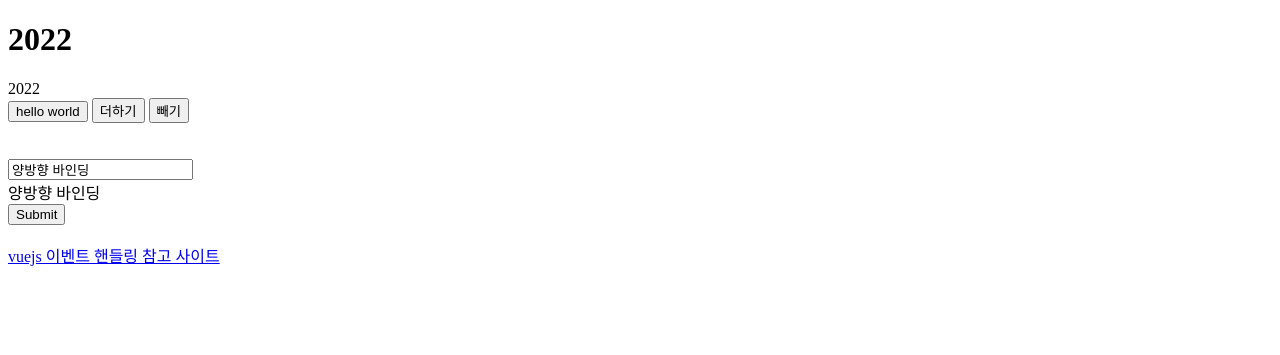
Repository: RyuGeunHwan/code_J
Page: Vuejs/22-08-09 vuejs 양방향 바인딩.html
The author's editor kept a copy of each file at every save. The page is drawn from the files as they stood at one save, then again after the next save.
The browser window is 1280 px wide. The pictures show the whole page.

Above is the page before, as saved 2022-08-09 15:55:35.

### Vuejs/22-08-09 vuejs 양방향 바인딩.html
<!DOCTYPE html>
<html lang="en">
<head>
    <meta charset="UTF-8">
    <meta http-equiv="X-UA-Compatible" content="IE=edge">
    <meta name="viewport" content="width=device-width, initial-scale=1.0">
    <title>vuejs 양방향 바인딩</title>
    <!-- vue CDN -->
    <script src="https://cdn.jsdelivr.net/npm/vue/dist/vue.js"></script>

</head>
<body>

    <!-- 이벤트 실행하기 위해서는 v-on: 을 사용한다. v-on: => @ 으로 대체 가능-->
    <!-- 바인딩을 하기 위해서는 v-bind: 를 사용한다. v-bind 생략후 :(colon만 사용가능) -->

    <div id="app">
        <h1>{{year}}</h1>
        {{year}} <br>
        <!-- alert이라는 함수 호출 -->
        <button v-on:click="alert()">hello world</button>

        <!-- plus이라는 함수 호출 -->
        <button v-on:click="plus()">더하기</button>

        <!-- minus이라는 함수 호출 -->
        <button v-on:click="minus()">빼기</button>
        <br>
        </br>
        <!-- from태그는 default: reload를 한다. -->
        <!-- .prevent  =>  이벤트 수식어로써 제출 이벤트가 페이지를 리로드하지 않습니다. -->
        <br v-on:submit.prevent="submit">


            <!-- <input :type="text" :value="text" @keyup="updateText"><br> -->
            <!-- :value="text" @keyup="updateText"   =====>>>   v-model="text" -->
            <input type="text" v-model="text" v-on:click="removeInputValue()"> </br>
            <!-- inputbox 미리보기 -->
            {{ text }} <br>


            <button type="submit">Submit</button>
        </form>
        <br>
        <br>
        <!-- vuejs함수 확인, a태그를 link+file을 합쳐줬다. -->
        <a :href="vuejs('events.html')">vuejs 이벤트 핸들링 참고 사이트</a>
    </div>


    <script>
        new Vue({
            el: '#app',
            data: {
                year: 2022,
                text:'양방향 바인딩',
                link: 'https://kr.vuejs.org/v2/guide/'
            },
            methods: {
                vuejs(file){
                    return this.link+file;
                },
                alert(){
                    alert('hello world!');
                },
                plus(){
                    this.year++;
                },
                minus(){
                    this.year--;
                },
                submit(){
                    alert('submited')
                    console.log('hello world');
                },
                // updateText(event){
                //     // inputbox 미리보기 함수
                //     // keyup이벤트의 Object를 event에 대입한 것.
                //     // console.log(event);
                //     this.text = event.target.value;
                // }
                removeInputValue(){
                    this.text="";
                }
            }
        })
    </script>
</body>
</html>

After the next save:
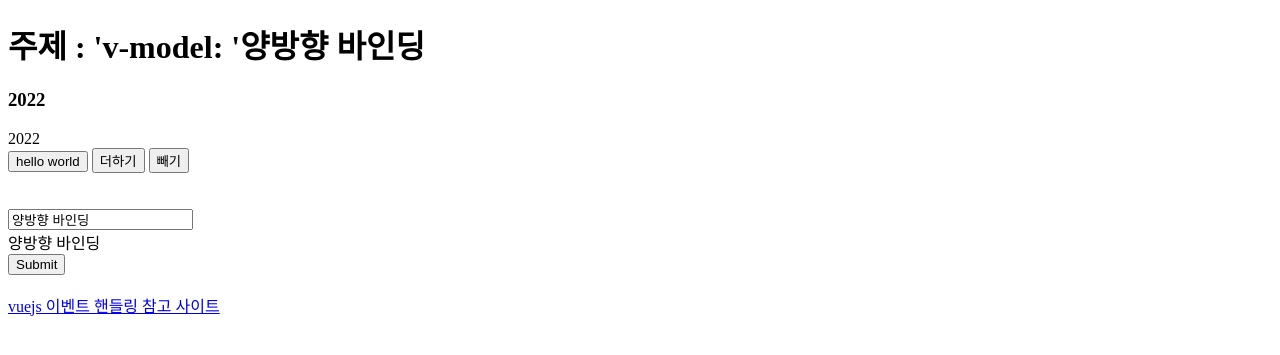
Saved 31 min 56 s later.
--- a/Vuejs/22-08-09 vuejs 양방향 바인딩.html
+++ b/Vuejs/22-08-09 vuejs 양방향 바인딩.html
@@ -7,7 +7,6 @@
     <title>vuejs 양방향 바인딩</title>
     <!-- vue CDN -->
     <script src="https://cdn.jsdelivr.net/npm/vue/dist/vue.js"></script>
-
 </head>
 <body>
 
@@ -15,7 +14,8 @@
     <!-- 바인딩을 하기 위해서는 v-bind: 를 사용한다. v-bind 생략후 :(colon만 사용가능) -->
 
     <div id="app">
-        <h1>{{year}}</h1>
+        <h1>주제 : '{{topic}} '양방향 바인딩</h1>
+        <h3>{{year}}</h3>
         {{year}} <br>
         <!-- alert이라는 함수 호출 -->
         <button v-on:click="alert()">hello world</button>
@@ -52,6 +52,7 @@
         new Vue({
             el: '#app',
             data: {
+                topic: 'v-model:',
                 year: 2022,
                 text:'양방향 바인딩',
                 link: 'https://kr.vuejs.org/v2/guide/'
